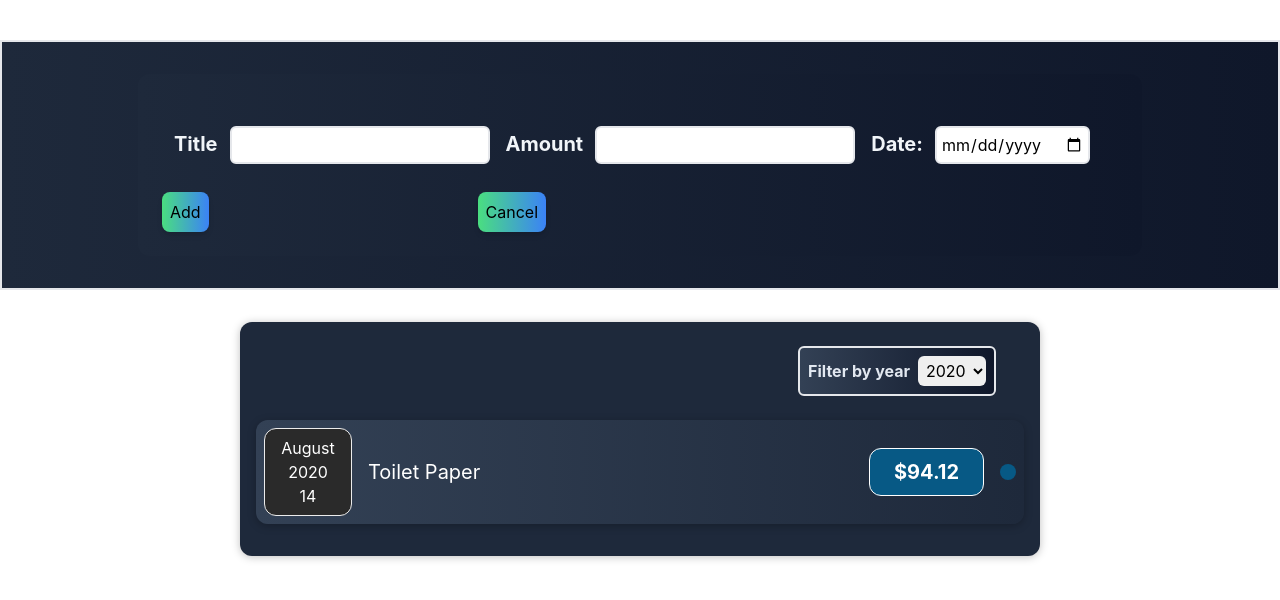
Repository: Sef24/expense-tracker
Page: /, after clicking the first element matching `button`
These files come from the project's save history. The page is drawn as it stood at one moment and after the next save; the edit follows.
The browser window is 1280 px wide. The pictures show the whole page.
The project was rebuilt for these pictures with package versions that can differ from the ones it lists, and the page was loaded fresh each time. Also part of the build but not shown: src/components/NewExpense/NewExpense.css, src/components/NewExpense/ExpenseForm.css.

Above is the page before, as saved 2022-05-03 16:41:57.

### public/index.html
<!DOCTYPE html>
<html lang="en">
  <head>
    <meta charset="utf-8" />
    <link rel="icon" href="%PUBLIC_URL%/favicon.ico" />
    <meta name="viewport" content="width=device-width, initial-scale=1" />

    <meta
      name="description"
      content="Web site created using create-react-app"
    />
    <link rel="apple-touch-icon" href="%PUBLIC_URL%/logo192.png" />
    <!--
      manifest.json provides metadata used when your web app is installed on a
      user's mobile device or desktop. See https://developers.google.com/web/fundamentals/web-app-manifest/
    -->
    <link rel="manifest" href="%PUBLIC_URL%/manifest.json" />
    <!--
      Notice the use of %PUBLIC_URL% in the tags above.
      It will be replaced with the URL of the `public` folder during the build.
      Only files inside the `public` folder can be referenced from the HTML.

      Unlike "/favicon.ico" or "favicon.ico", "%PUBLIC_URL%/favicon.ico" will
      work correctly both with client-side routing and a non-root public URL.
      Learn how to configure a non-root public URL by running `npm run build`.
    -->
    <title>React App</title>
  </head>
  <body>
    <noscript>You need to enable JavaScript to run this app.</noscript>
    <div id="root"></div>
    <!--
      This HTML file is a template.
      If you open it directly in the browser, you will see an empty page.

      You can add webfonts, meta tags, or analytics to this file.
      The build step will place the bundled scripts into the <body> tag.

      To begin the development, run `npm start` or `yarn start`.
      To create a production bundle, use `npm run build` or `yarn build`.
    -->
  </body>
</html>

### src/App.js
import Expenses from "./components/Expenses";
import NewExpense from "./components/NewExpense/NewExpense";
import { useState } from "react";

const DUMMY_DATA = [
  {
    id: "e1",
    title: "Toilet Paper",
    amount: 94.12,
    date: new Date(2020, 7, 14),
  },
  { id: "e2", title: "New TV", amount: 799.49, date: new Date(2021, 2, 12) },
  {
    id: "e3",
    title: "Car Insurance",
    amount: 294.67,
    date: new Date(2021, 2, 28),
  },
  {
    id: "e4",
    title: "New Desk (Wooden)",
    amount: 450,
    date: new Date(2021, 5, 12),
  },
];

function App() {
  const [expenses, setExpenses] = useState(DUMMY_DATA);

  const addExpenseHandler = (expense) => {
    setExpenses((prevExpenses) => {
      return [expense, ...prevExpenses];
    });
  };
  return (
    <div>
      <div>
        <NewExpense onAddExpense={addExpenseHandler} />
        <Expenses items={expenses} />
      </div>
    </div>
  );
}

export default App;

### src/components/Expenses.js
import React, { useState } from "react";
import ExpenseItem from "./ExpenseItem";
import "./Expenses.css";
import ExpensesList from "./ExpensesList";
import ExpensesFilter from "./NewExpense/ExpensesFilter";

function Expenses(props) {
  const [filteredYear, setFilteredYear] = useState("2020");

  const filterChangeHandler = (selectedYear) => {
    setFilteredYear(selectedYear);
  };

  const filteredExpenses = props.items.filter((expense) => {
    return expense.date.getFullYear().toString() === filteredYear;
  });

  return (
    <div>
      <div className="expenses  bg-slate-800 ... ">
        <ExpensesFilter
          selected={filteredYear}
          onChangeFilter={filterChangeHandler}
        />
        <ExpensesList items={filteredExpenses} />
      </div>
    </div>
  );
}

export default Expenses;

### src/components/NewExpense/NewExpense.js
import React from "react";
import "./NewExpense.css";
import ExpenseForm from "./ExpenseForm";
import { useState } from "react";

function NewExpense(props) {
  const [isEditing, setIsEditing] = useState(false);

  const saveExpenseDataHandler = (enteredExpenseData) => {
    const expenseData = {
      ...enteredExpenseData,
      id: Math.random().toString(),
    };

    props.onAddExpense(expenseData);
    setIsEditing(false);
  };

  const startEditingHandler = () => {
    setIsEditing(true);
  };

  const stopEditingHandler = () => {
    setIsEditing(false);
  };

  return (
    <div
      className="flex w-full p-4 mt-10 items-center justify-center border-2
      bg-gradient-to-r from-slate-800 to-slate-900 ... px-10"
    >
      {!isEditing && (
        <button
          onClick={startEditingHandler}
          className="flex items-center justify-center border-2 p-4 rounded-lg text-slate-50"
        >
          Add Expense
        </button>
      )}
      {isEditing && (
        <ExpenseForm
          onSaveExpenseData={saveExpenseDataHandler}
          onCancel={stopEditingHandler}
        />
      )}
    </div>
  );
}

export default NewExpense;

### src/components/ExpenseItem.js
import React, { useState } from "react";
import "./ExpenseItem.css";
import ExpenseDate from "./ExpenseDate";

function ExpenseItem(props) {
  const [title, setTitle] = useState(props.title);

  const clickHandler = () => {
    setTitle("Updated");
    console.log(title);
  };

  return (
    <li>
      <div className="expense-item bg-gradient-to-r  from-slate-700  to-slate-800 ... border-x-cyan-100 ">
        <ExpenseDate date={props.date} />

        <div className="expense-item__description">
          <h2>{props.title}</h2>

          <div className="expense-item__price bg-sky-800">${props.amount}</div>
        </div>
        <button
          className="p-2 ml-4 border-transparent rounded-full border-0
        bg-sky-800 font-bold text-slate-50"
          onClick={clickHandler}
        ></button>
      </div>
    </li>
  );
}

export default ExpenseItem;

### src/components/Expenses.css
.expenses {
  padding: 1rem;

  margin: 2rem auto;
  width: 50rem;
  max-width: 95%;
  border-radius: 12px;
  box-shadow: 0 1px 8px rgba(0, 0, 0, 0.25);
}

### src/components/ExpensesList.js
import React from "react";

import ExpenseItem from "./ExpenseItem";

const ExpensesList = (props) => {
  if (props.items.length === 0) {
    return (
      <h2 className="text-white font-extrabold text-xl flex items-center justify-center">
        Found no expenses...
      </h2>
    );
  }

  return (
    <ul>
      {props.items.map((expense) => (
        <ExpenseItem
          key={expense.id}
          id={expense.id}
          title={expense.title}
          amount={expense.amount}
          date={expense.date}
        />
      ))}
    </ul>
  );
};

export default ExpensesList;

### src/components/NewExpense/ExpensesFilter.js
import React from "react";

const ExpensesFilter = (props) => {
  const dropdownChangeHandler = (event) => {
    props.onChangeFilter(event.target.value);
  };
  return (
    <div className="">
      <div className="flex justify-end p-2 mr-5 ">
        <div
          className="border-2  rounded-md border-inherit p-2 ml-6
        bg-gradient-to-r from-slate-700 to-slate-900 ..."
        >
          <label className="text-slate-200 font-bold mr-2">
            Filter by year
          </label>
          <select
            value={props.selected}
            onChange={dropdownChangeHandler}
            className="rounded-md p-1"
          >
            <option value="2022">2022</option>
            <option value="2021">2021</option>
            <option value="2020">2020</option>
            <option value="2019">2019</option>
          </select>
        </div>
      </div>
    </div>
  );
};

export default ExpensesFilter;

### src/components/NewExpense/ExpenseForm.js
import React, { useState } from "react";
import "./ExpenseForm.css";

function ExpenseForm(props) {
  const [titleHandler, setTitleHandler] = useState("");
  const [amountHandler, setAmountHandler] = useState("");
  const [dateHandler, setDateHandler] = useState("");

  const handleTitleChange = (event) => {
    setTitleHandler(event.target.value);
  };

  const handleAmountChange = (event) => {
    setAmountHandler(event.target.value);
  };

  const handleDateChange = (event) => {
    setDateHandler(event.target.value);
  };

  const handleSubmit = (event) => {
    event.preventDefault();

    const expenseData = {
      title: titleHandler,
      amount: amountHandler,
      date: new Date(dateHandler),
    };
    props.onSaveExpenseData(expenseData);
    setTitleHandler("");
    setAmountHandler("");
    setDateHandler("");
  };

  return (
    <form
      className="bg-gradient-to-r from-slate-800 to-slate-900 ... p-6 m-4 rounded-xl"
      onSubmit={handleSubmit}
    >
      <div className="flex justify-center pt-4 m-3">
        <div className="font-bold text-slate-100 text-xl mr-1 mt-1">Title</div>
        <input
          className="border-2 mr-4 ml-2 rounded-md p-1 hover:bg-slate-50 active:bg-slate-50 "
          type="text"
          onChange={handleTitleChange}
          value={titleHandler}
        />

        <div className="font-bold text-slate-100 text-xl mr-1 mt-1">Amount</div>
        <input
          className="border-2 mr-4 ml-2 rounded-md p-1 hover:bg-slate-50 active:bg-slate-50"
          type="number"
          min="0.01"
          step="0.01"
          onChange={handleAmountChange}
          value={amountHandler}
        />

        <div className="font-bold text-slate-100 text-xl mr-1 mt-1">Date:</div>
        <input
          className="border-2 mr-4 ml-2 rounded-md p-1 hover:bg-slate-50 active:bg-slate-50"
          type="date"
          onChange={handleDateChange}
          value={dateHandler}
        />
      </div>
      <div className="flex flex-grow justify-between max-w-sm">
        <button
          type="submit"
          className="p-2 mt-4 border-3 border-solid rounded-lg shadow-md
          bg-gradient-to-r from-green-400 to-blue-500
          hover:from-pink-500 hover:to-yellow-500 ...
          active:opacity-75"
        >
          Add
        </button>
        <button
          type="button"
          onClick={props.onCancel}
          className="p-2 mt-4 border-3 border-solid rounded-lg shadow-md
          bg-gradient-to-r from-green-400 to-blue-500
          hover:from-pink-500 hover:to-yellow-500 ...
          active:opacity-75"
        >
          Cancel
        </button>
      </div>
    </form>
  );
}

export default ExpenseForm;

### src/components/ExpenseItem.css
.expense-item {
  display: flex;
  justify-content: space-between;
  align-items: center;
  box-shadow: 0 2px 8px rgba(0, 0, 0, 0.25);
  padding: 0.5rem;
  margin: 1rem 0;
  border-radius: 12px;
}

.expense-item__description {
  display: flex;
  flex-direction: column;
  gap: 1rem;
  align-items: flex-end;
  flex-flow: column-reverse;
  justify-content: flex-start;
  flex: 1;
}

.expense-item h2 {
  color: #3a3a3a;
  font-size: 1rem;
  flex: 1;
  margin: 0 1rem;
  color: white;
}

.expense-item__price {
  font-size: 1rem;
  font-weight: bold;
  color: white;

  border: 1px solid white;
  padding: 0.5rem;
  border-radius: 12px;
}

@media (min-width: 580px) {
  .expense-item__description {
    flex-direction: row;
    align-items: center;
    justify-content: flex-start;
    flex: 1;
  }

  .expense-item__description h2 {
    font-size: 1.25rem;
  }

  .expense-item__price {
    font-size: 1.25rem;
    padding: 0.5rem 1.5rem;
  }
}

### src/components/ExpenseDate.js
import React from "react";
import "./ExpenseDate.css";

function ExpenseDate(props) {
  const month = props.date.toLocaleString("en-US", { month: "long" });
  const day = props.date.getDate();
  const year = props.date.getFullYear();

  return (
    <div className="expense-date">
      <div className="expense__month">{month}</div>
      <div className="expense__year">{year}</div>
      <div className="expense__day">{day}</div>
    </div>
  );
}

export default ExpenseDate;

Loaded but not shown: src/index.js (common file); src/index.css (common file); src/components/ExpenseDate.css (common file); tailwind.config.js (common file)

After the next save:
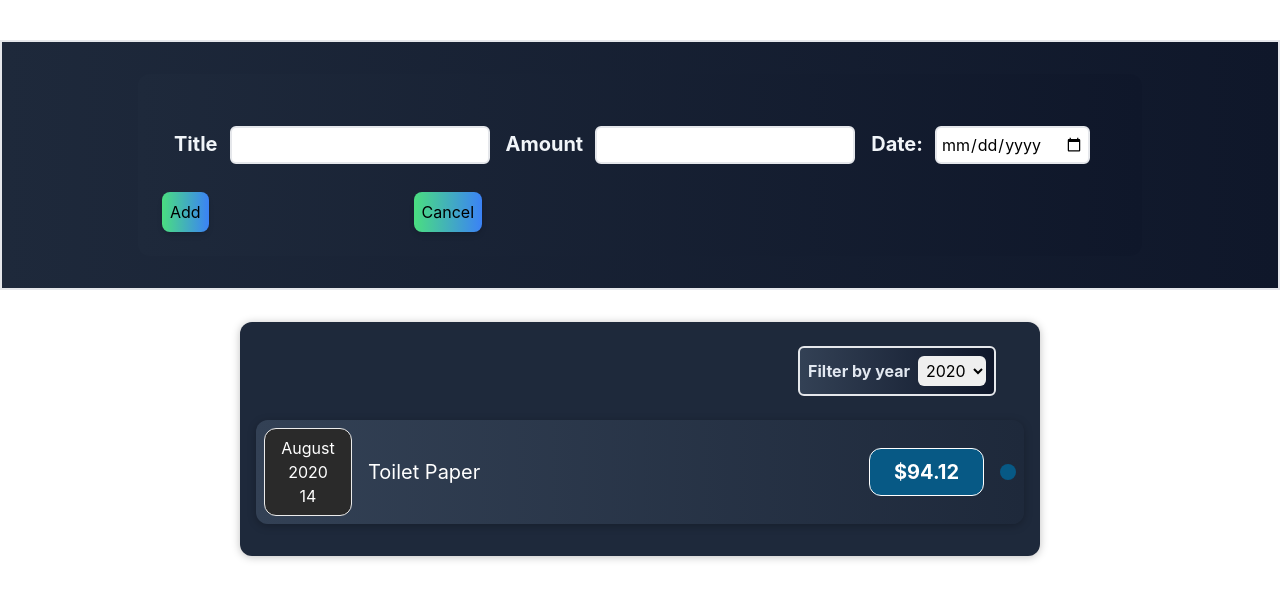
Saved 19 s later.
--- a/src/components/NewExpense/ExpenseForm.js
+++ b/src/components/NewExpense/ExpenseForm.js
@@ -64,7 +64,7 @@ function ExpenseForm(props) {
           value={dateHandler}
         />
       </div>
-      <div className="flex flex-grow justify-between max-w-sm">
+      <div className="flex flex-grow justify-between max-w-xs ">
         <button
           type="submit"
           className="p-2 mt-4 border-3 border-solid rounded-lg shadow-md
